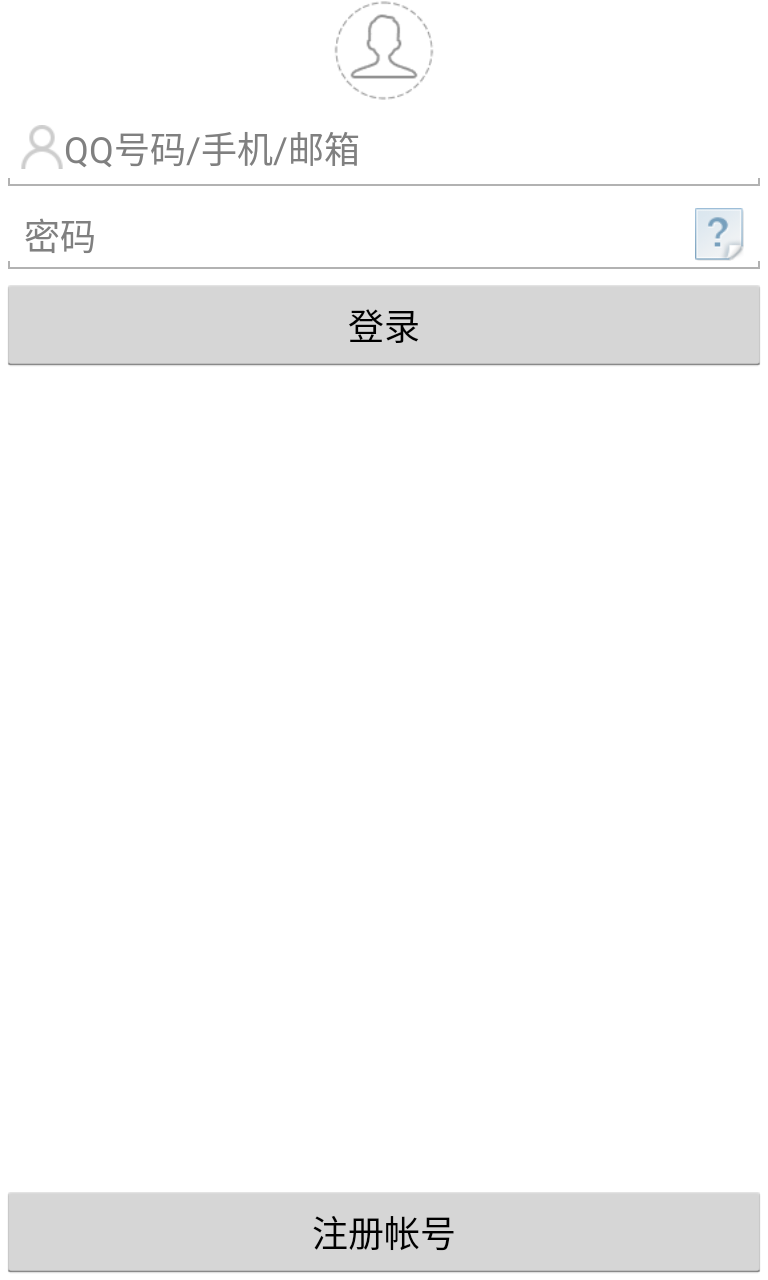
Repository: JDLINLC/android-dev
Layout: ModifyQQ/res/layout/main_activity.xml
These files come from the project's save history. The layout is drawn as it stood at one moment and after the next save; the edit follows.
It is drawn on a 768 x 1280 px phone screen (xhdpi) without system bars, with theme AppTheme; the app's code is not run.

Above is the layout before, as saved 2015-04-23 09:46:21.

After the next save:
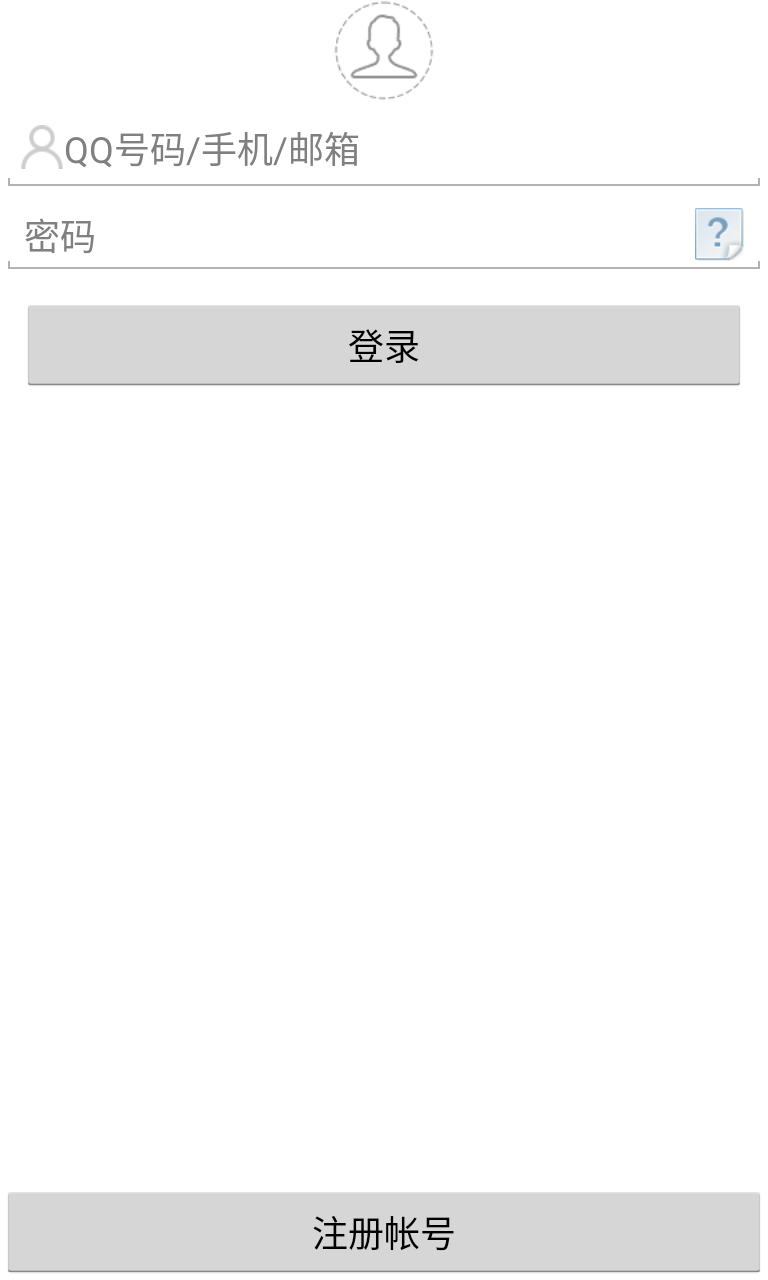
Saved 54 s later.
--- a/ModifyQQ/res/layout/main_activity.xml
+++ b/ModifyQQ/res/layout/main_activity.xml
@@ -37,6 +37,7 @@
         android:layout_width="match_parent"
         android:layout_below="@id/edit2_text"
         android:layout_span="2"
+        android:layout_margin="10dip"
         android:padding="2dip"
         android:text="登录"
         />
